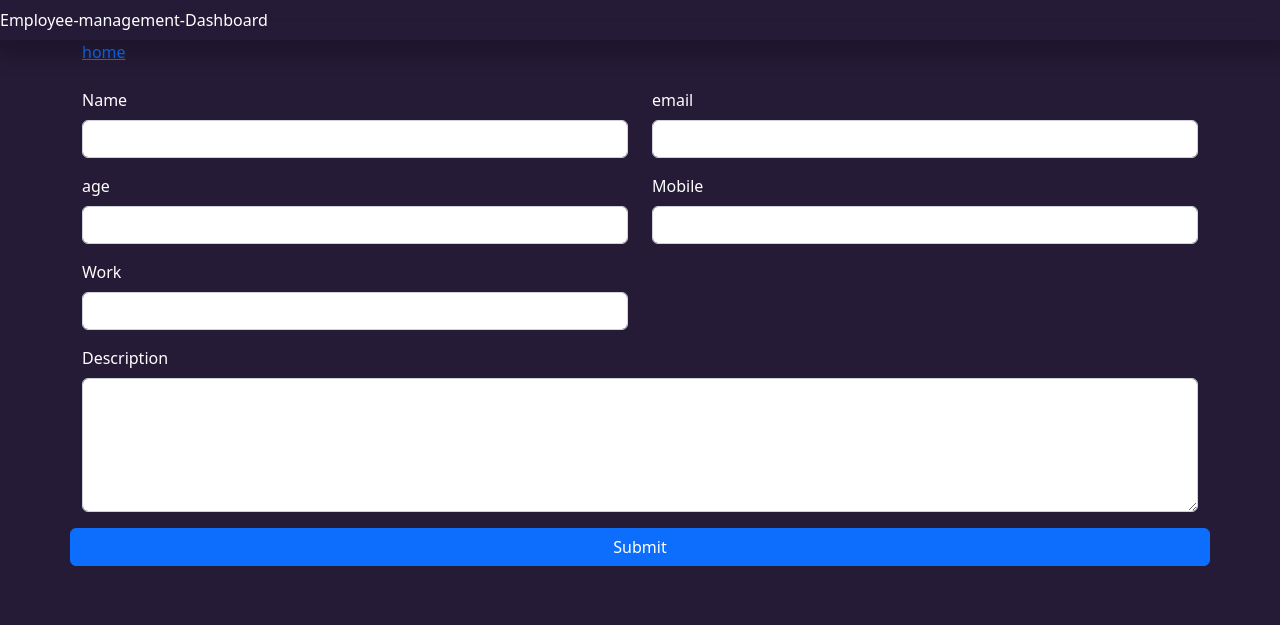
Repository: iamevs/Employee-Management-System
Page: /register (app in client/)
The author's editor kept a copy of each file at every save. The page is drawn from the files as they stood at one save, then again after the next save.
The browser window is 1280 px wide. The pictures show the whole page.
The project was rebuilt for these pictures with package versions that can differ from the ones it lists, and the page was loaded fresh each time. Also part of the build but not shown: client/vite.config.js, client/src/components/Home.jsx, client/src/components/Edit.jsx, client/src/components/Hero.jsx. Imported but missing from the stored project, and not drawn on this page: client/src/components/Details.

Above is the page before, as saved 2022-11-28 23:23:15.

After the next save:
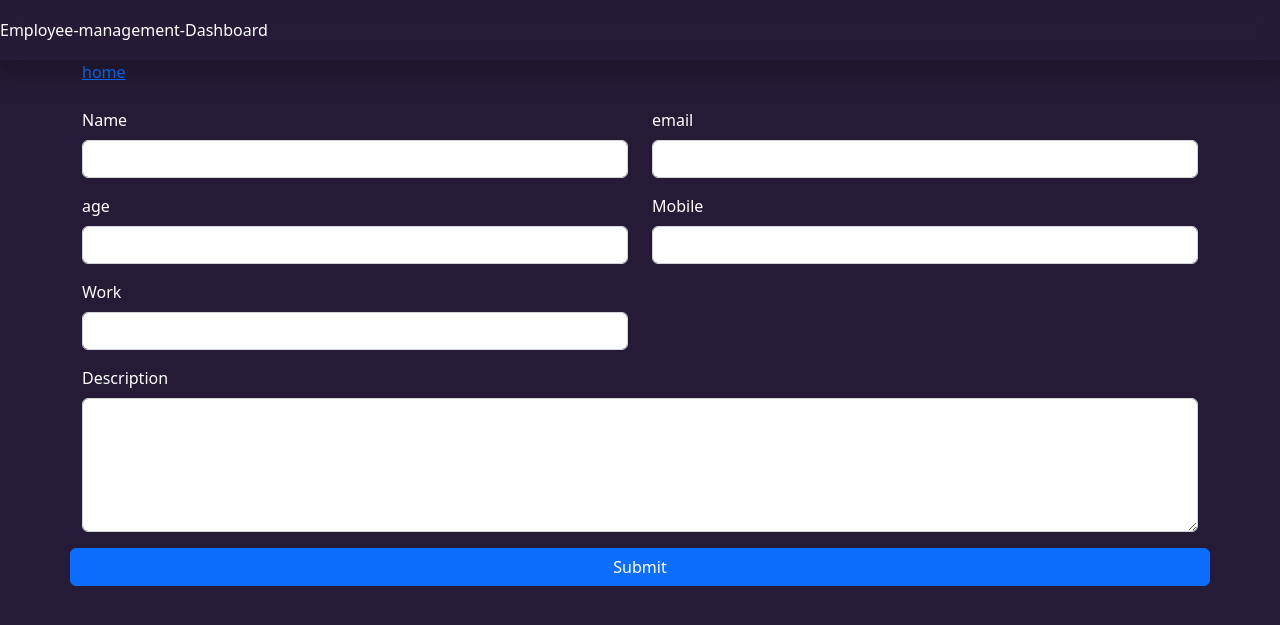
Saved 4 s later.
--- a/client/src/components/Navbar.jsx
+++ b/client/src/components/Navbar.jsx
@@ -12,7 +12,7 @@ const Navbar = () => {
                 position: "relative",
                 color: "white",
                 boxShadow: "4px 7px 20px 11px rgb(0 0 0 / 20%)",
-                height: "40px",
+                height: "60px",
             }}>
             <Box>Employee-management-Dashboard</Box>
             </Box>
